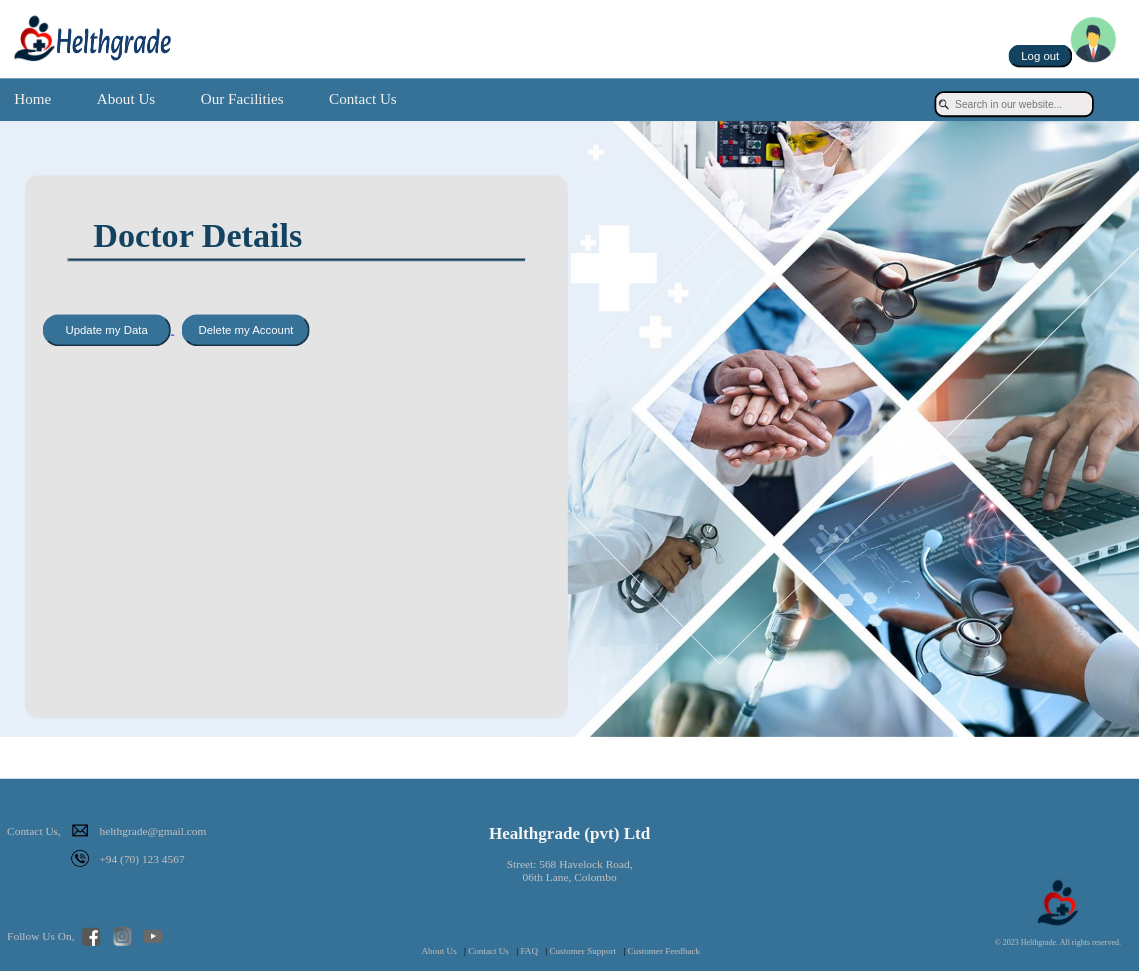
Repository: ILWijewardhana/echannelling-System
Page: http://localhost/echanneling/Doctor.jsp
An editor plug-in stored every save of this project. The page is shown before and after the next save, followed by the edit.
The browser window is 1280 px wide. The pictures show the whole page, at 89% of full size.
The page is served by Tomcat 9. The template is opened directly, without the code that normally fills it, so the values that code supplies are empty.

Above is the page before, as saved 2024-05-13 18:06:41.

After the next save:
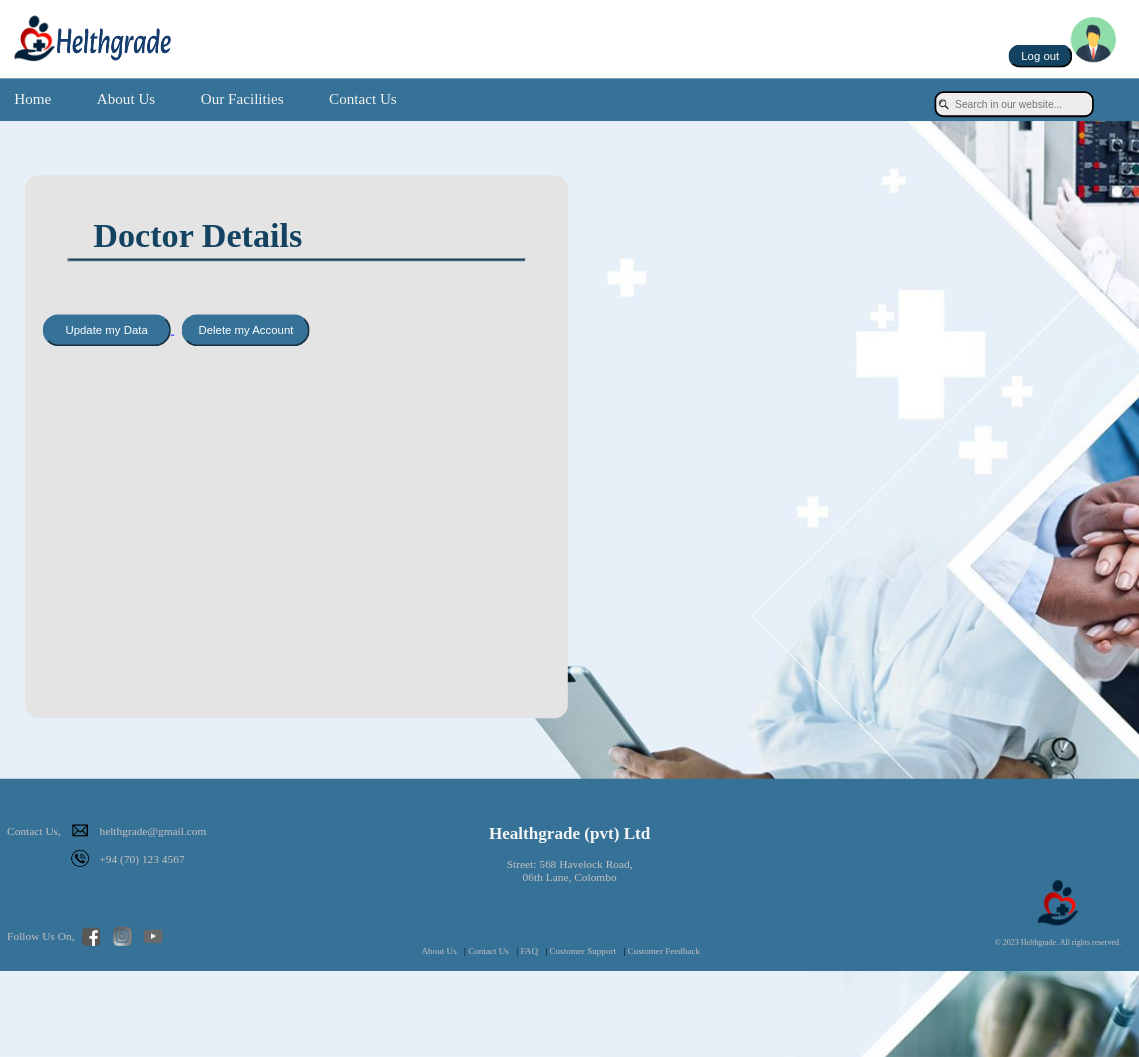
Saved 15 s later.
--- a/echanneling/src/main/webapp/CSS/doctor.css
+++ b/echanneling/src/main/webapp/CSS/doctor.css
@@ -12,7 +12,7 @@ body{
 	top:15%;
 	left:0%;
 	width:100%;
-	height:100%;
+	height:150%;
 	background-image:url("../Images/bg.png");
 	background-repeat: no-repeat;
 	background-size: cover;
